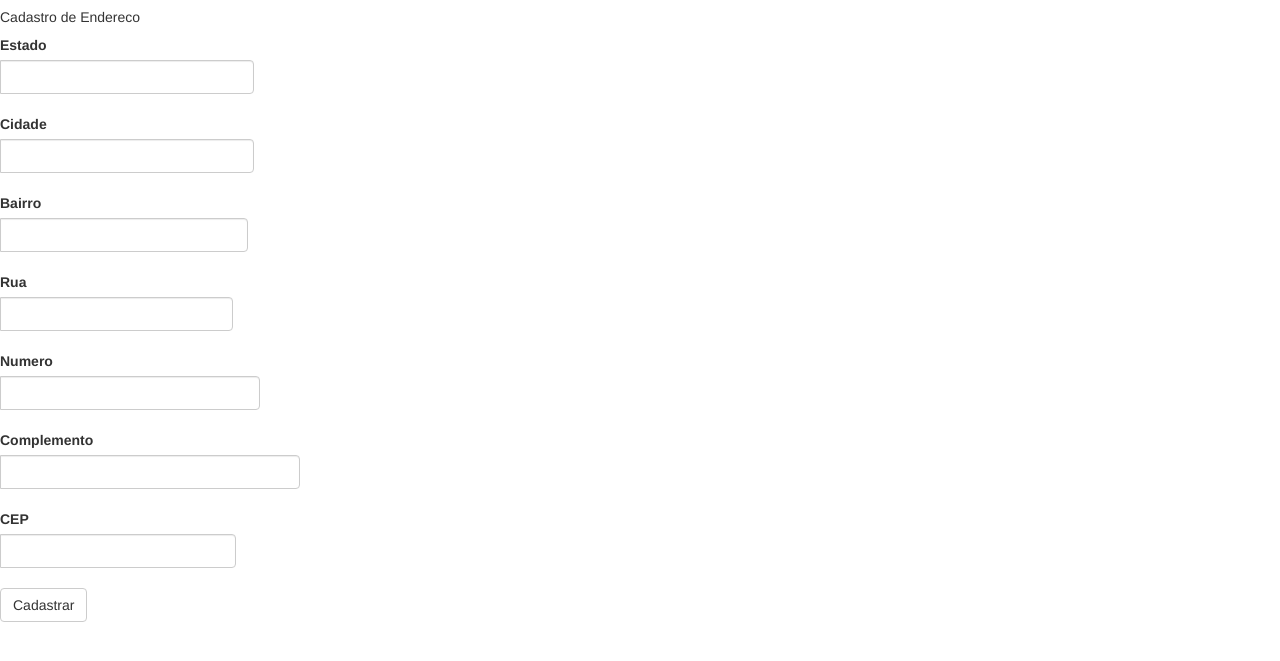
Repository: cadupedrassani/CursoDeJava
Page: Avaliação/BaseAPI/WebApp/src/main/webapp/endereco/cadastro.html
These files come from the project's save history. The page is drawn as it stood at one moment and after the next save; the edit follows.
The browser window is 1280 px wide. The pictures show the whole page.

Above is the page before, as saved 2016-12-05 17:16:39.

After the next save:
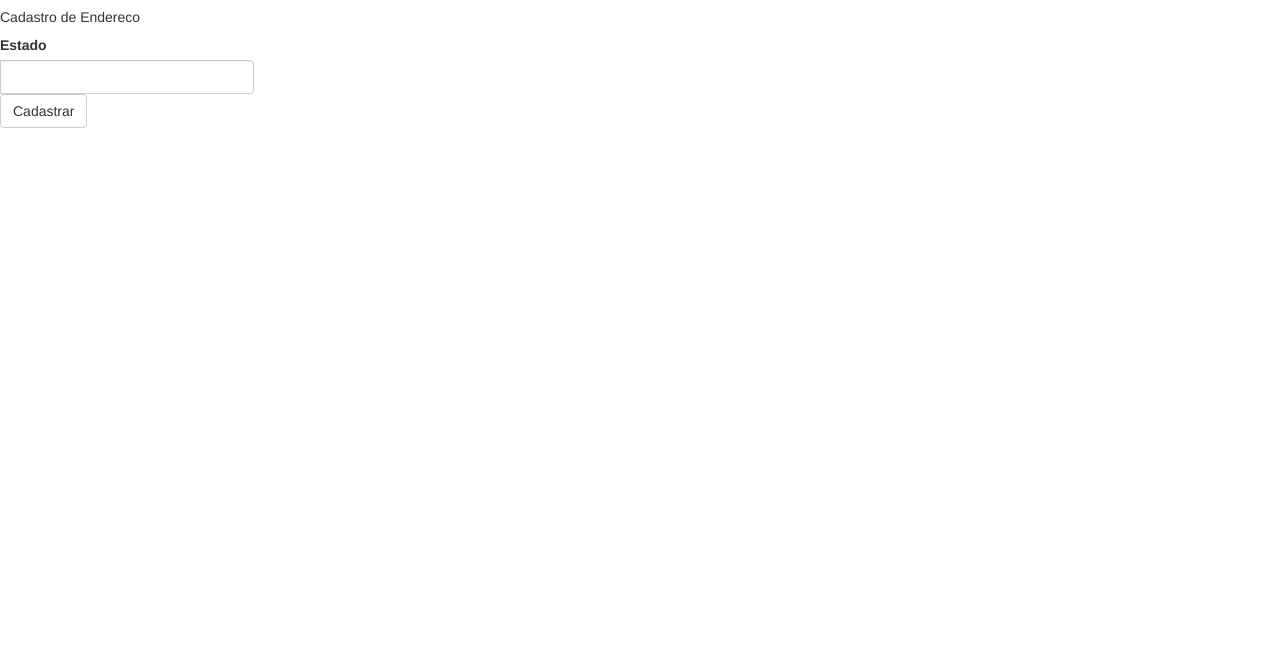
Saved 5 min 10 s later.
--- a/Avaliação/BaseAPI/WebApp/src/main/webapp/endereco/cadastro.html
+++ b/Avaliação/BaseAPI/WebApp/src/main/webapp/endereco/cadastro.html
@@ -15,54 +15,6 @@
 	       type="text"
 	       class="form-control"></input>
 </div>
-</br>
-
-<div class="input-group">
-	<label>Cidade</label>
-	<input id="cidade-endereco"
-	       type="text"
-	       class="form-control"></input>
-</div>
-</br>
-
-<div class="input-group">
-	<label>Bairro</label>
-	<input id="bairro-endereco"
-	       type="text"
-	       class="form-control"></input>
-</div>
-</br>
-<div class="input-group">
-	<label>Rua</label>
-	<input id="rua-endereco"
-	       type="text"
-	       class="form-control"></input>
-</div>
-
-</br>
-<div class="input-group">
-	<label>Numero</label>
-	<input id="numero-endereco"
-	       type="text"
-	       class="form-control"></input>
-</div>
-</br>
-
-<div class="input-group">
-	<label>Complemento</label>
-	<input id="complemento-endereco"
-	       type="text"
-	       class="form-control"></input>
-</div>
-</br>
-
-<div class="input-group">
-	<label>CEP</label>
-	<input id="cep-endereco"
-	       type="text"
-	       class="form-control"></input>
-</div>
-</br>
 
 <div class="input-group">
 	<button id="cadastrar"

After the 2 saves that followed:
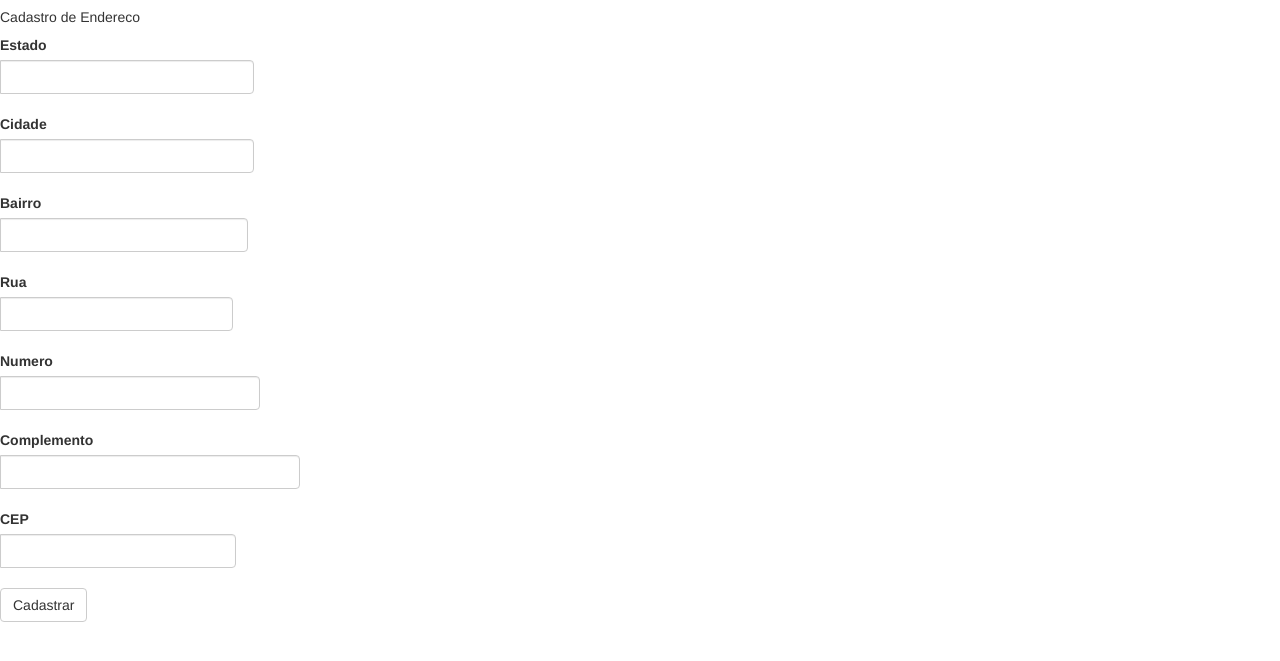
The 2 saves are shown as one change because 1 left the picture as it was.
The last was saved 3 min 8 s later.
--- a/Avaliação/BaseAPI/WebApp/src/main/webapp/endereco/cadastro.html
+++ b/Avaliação/BaseAPI/WebApp/src/main/webapp/endereco/cadastro.html
@@ -15,6 +15,54 @@
 	       type="text"
 	       class="form-control"></input>
 </div>
+</br>
+
+<div class="input-group">
+	<label>Cidade</label>
+	<input id="cidade-endereco"
+	       type="text"
+	       class="form-control"></input>
+</div>
+</br>
+
+<div class="input-group">
+	<label>Bairro</label>
+	<input id="bairro-endereco"
+	       type="text"
+	       class="form-control"></input>
+</div>
+</br>
+<div class="input-group">
+	<label>Rua</label>
+	<input id="rua-endereco"
+	       type="text"
+	       class="form-control"></input>
+</div>
+
+</br>
+<div class="input-group">
+	<label>Numero</label>
+	<input id="numero-endereco"
+	       type="text"
+	       class="form-control"></input>
+</div>
+</br>
+
+<div class="input-group">
+	<label>Complemento</label>
+	<input id="complemento-endereco"
+	       type="text"
+	       class="form-control"></input>
+</div>
+</br>
+
+<div class="input-group">
+	<label>CEP</label>
+	<input id="cep-endereco"
+	       type="text"
+	       class="form-control"></input>
+</div>
+</br>
 
 <div class="input-group">
 	<button id="cadastrar"
@@ -43,6 +91,7 @@
 
 <script src="/WebApp/resources/js/jquery.min.js"></script>
 <script src="/WebApp/resources/js/bootstrap.min.js"></script>
+<script src="/WebApp/resources/js/default.js"></script>
 <script src="/WebApp/resources/js/endereco.js"></script>
 
 </body>
